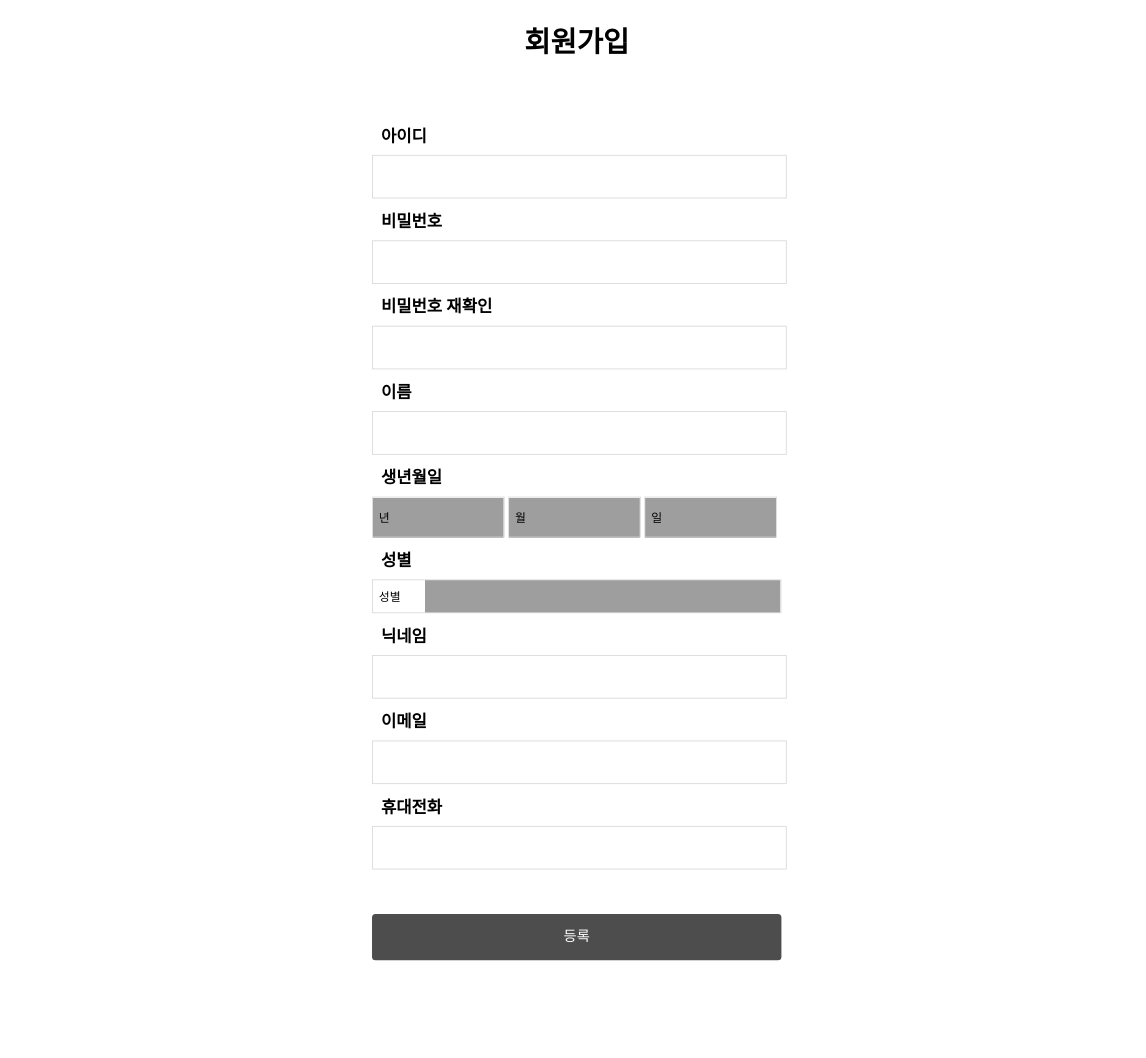
Repository: agheha/trillion
Page: YH/study_project/html/signup.html
These files come from the project's save history. The page is drawn as it stood at one moment and after a run of saves; the edit follows.
The browser window is 1280 px wide. The page is 1288 px wide, so the pictures cover 1288 px, including what lies to the right of the window. The pictures show the whole page, at 89% of full size.
Pictures or frames that could not be fetched are drawn as grey boxes.

Above is the page before, as saved 2019-09-04 17:07:49.

After the next 4 saves:
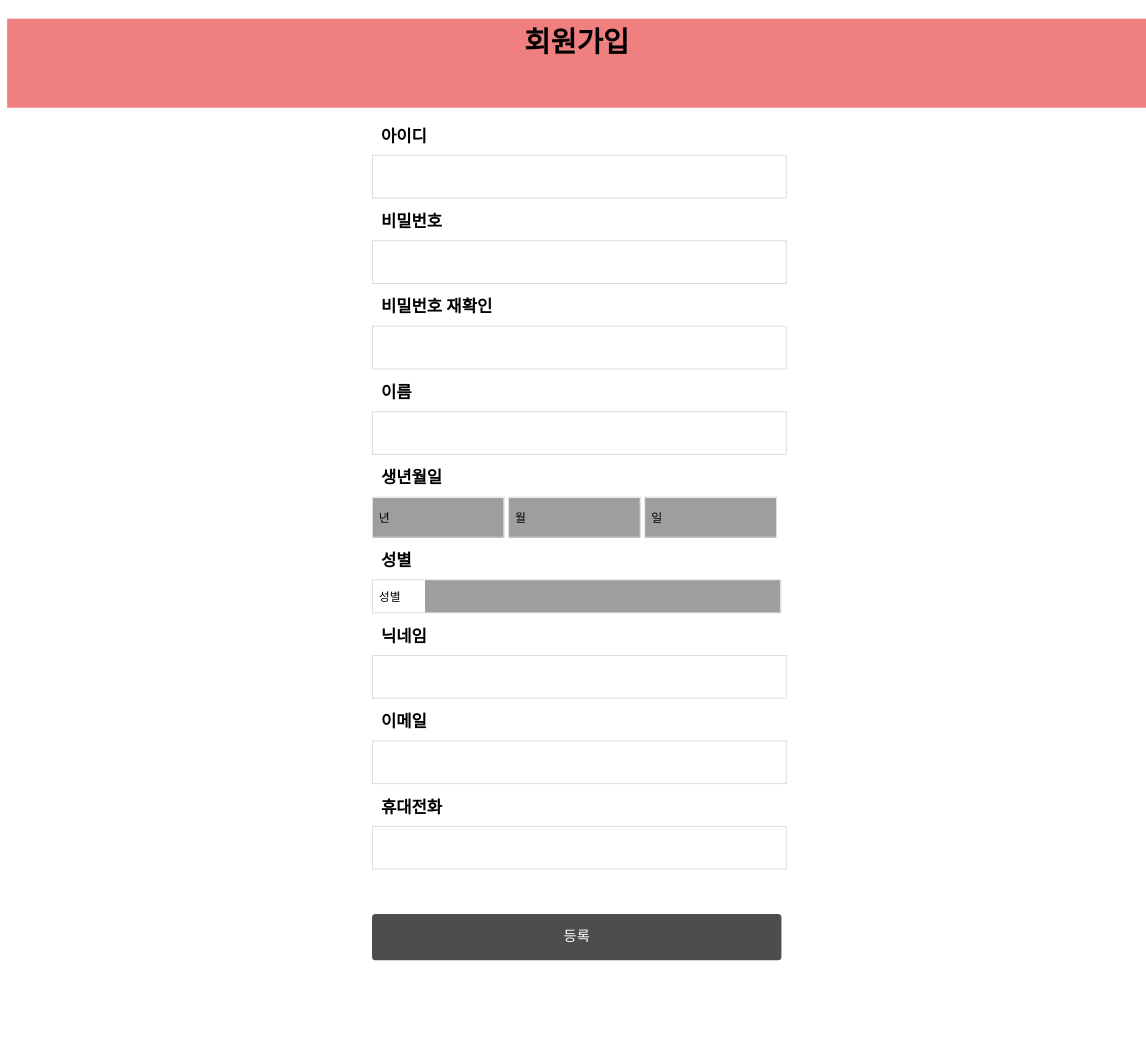
The 4 saves are shown as one change because they came seconds apart.
The last was saved 7 min 8 s later.
--- a/YH/study_project/css/signup.css
+++ b/YH/study_project/css/signup.css
@@ -52,6 +52,7 @@ fieldset > div {
 header{
     height: 100px;
     width: 100%;
+    background: lightcoral;
 }
 footer {
     height: 100px;
